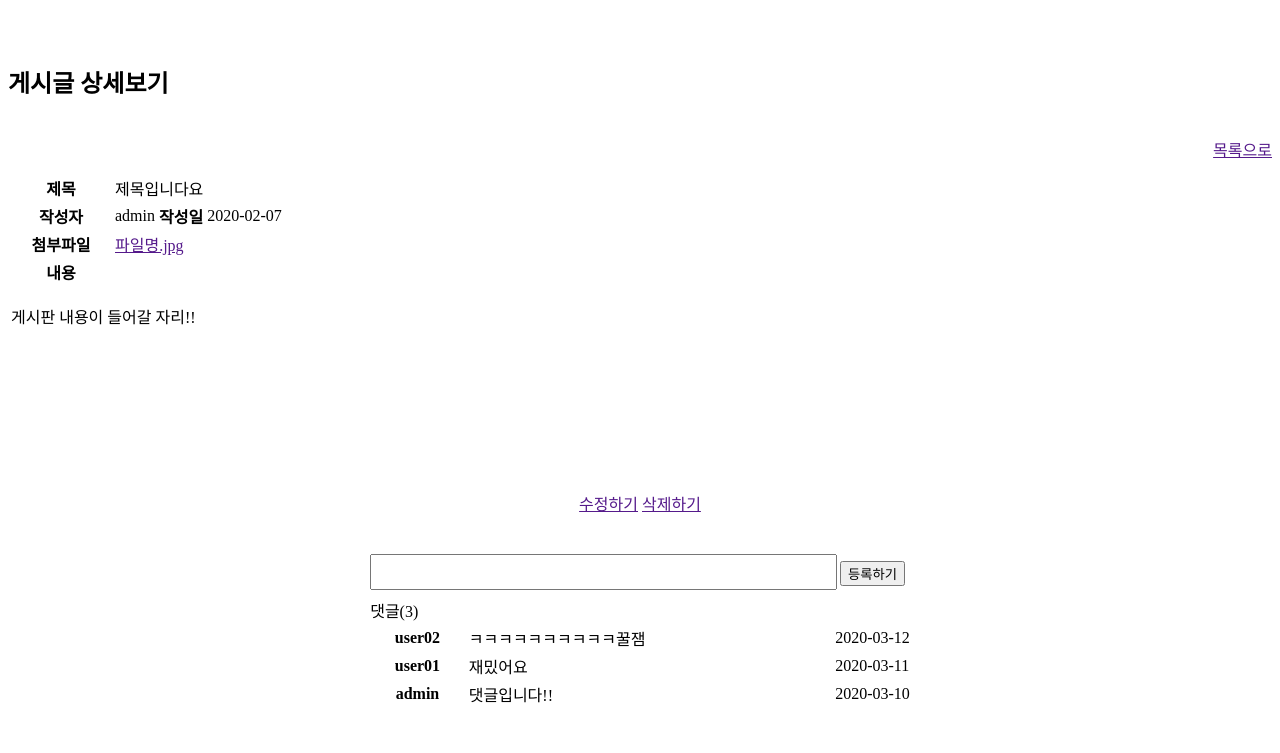
Repository: soma-kim/Spring
Page: http://localhost/Spring_Project/WEB-INF/views/board/boardDetailView.jsp
The author's editor kept a copy of each file at every save. The page is drawn from the files as they stood at one save, then again after the next save.
The browser window is 1280 px wide. The pictures show the whole page.
The page is served by Tomcat 9. Nobody is signed in. Other server files are loaded and not shown. The template is opened directly, without the code that normally fills it, so the values that code supplies are empty.

Above is the page before, as saved 2022-11-22 04:35:44.

### Spring_Project/src/main/webapp/WEB-INF/views/board/boardDetailView.jsp
<%@ page language="java" contentType="text/html; charset=UTF-8"
    pageEncoding="UTF-8"%>
<%@ taglib prefix="c" uri="http://java.sun.com/jsp/jstl/core" %>
<!DOCTYPE html>
<html>
<head>
<meta charset="UTF-8">
<title>Insert title here</title>
</head>
<body>

    <jsp:include page="" />

    <div class="content">
        <br><br>
        <div class="innerOuter">
            <h2>게시글 상세보기</h2>
            <br>

            <a class="btn btn-secondary" style="float:right;" href="">목록으로</a>
            <br><br>

            <table id="contentArea" algin="center" class="table">
                <tr>
                    <th width="100">제목</th>
                    <td colspan="3">제목입니다요</td>
                </tr>
                <tr>
                    <th>작성자</th>
                    <td>admin</td>
                    <th>작성일</th>
                    <td>2020-02-07</td>
                </tr>
                <tr>
                    <th>첨부파일</th>
                    <td colspan="3">
                        <a href="" download="">파일명.jpg</a>
                    </td>
                </tr>
                <tr>
                    <th>내용</th>
                    <td colspan="3"></td>
                </tr>
                <tr>
                    <td colspan="4"><p style="height:150px;">게시판 내용이 들어갈 자리!!</p></td>
                </tr>
            </table>
            <br>

            <div align="center">
                <!-- 수정하기, 삭제하기 버튼은 이 글이 본인이 작성한 글일 경우에만 보여져야 함 -->
                <a class="btn btn-primary" href="">수정하기</a>
                <a class="btn btn-danger" href="">삭제하기</a>
            </div>
            <br><br>

            <!-- 댓글 기능은 나중에 ajax 배우고 나서 구현할 예정! 우선은 화면구현만 해놓음 -->
            <table id="replyArea" class="table" align="center">
                <thead>
                    <tr>
                        <th colspan="2">
                            <textarea class="form-control" name="" id="content" cols="55" rows="2" style="resize:none; width:100%;"></textarea>
                        </th>
                        <th style="vertical-align:middle"><button class="btn btn-secondary">등록하기</button></th>
                    </tr>
                    <tr>
                        <td colspan="3">댓글(<span id="rcount">3</span>)</td>
                    </tr>
                </thead>
                <tbody>
                    <tr>
                        <th>user02</th>
                        <td>ㅋㅋㅋㅋㅋㅋㅋㅋㅋㅋ꿀잼</td>
                        <td>2020-03-12</td>
                    </tr>
                    <tr>
                        <th>user01</th>
                        <td>재밌어요</td>
                        <td>2020-03-11</td>
                    </tr>
                    <tr>
                        <th>admin</th>
                        <td>댓글입니다!!</td>
                        <td>2020-03-10</td>
                    </tr>
                </tbody>
            </table>
        </div>
        <br><br>

    </div>

    <jsp:include page="" />

</body>
</html>

After the next save:
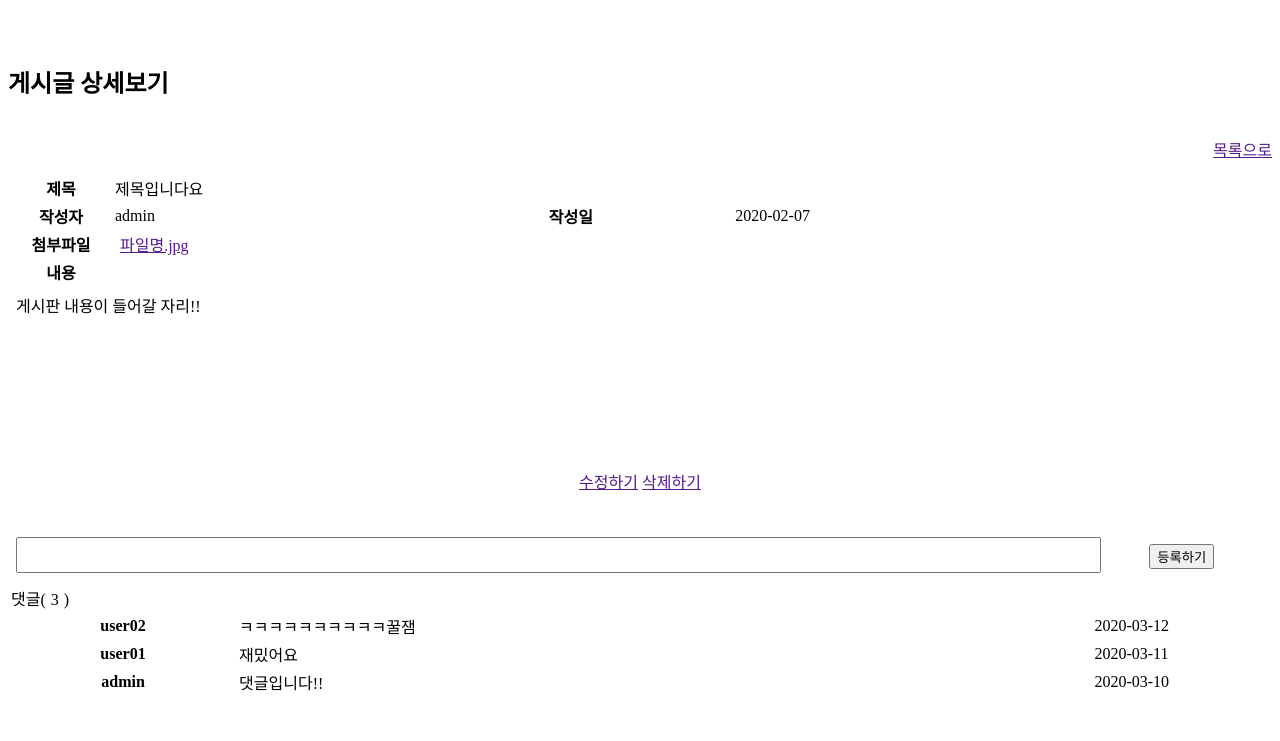
Saved 68 s later.
--- a/Spring_Project/src/main/webapp/WEB-INF/views/board/boardDetailView.jsp
+++ b/Spring_Project/src/main/webapp/WEB-INF/views/board/boardDetailView.jsp
@@ -6,6 +6,10 @@
 <head>
 <meta charset="UTF-8">
 <title>Insert title here</title>
+    <style>
+        table * {margin:5px;}
+        table {width:100%;}
+    </style>
 </head>
 <body>
 
